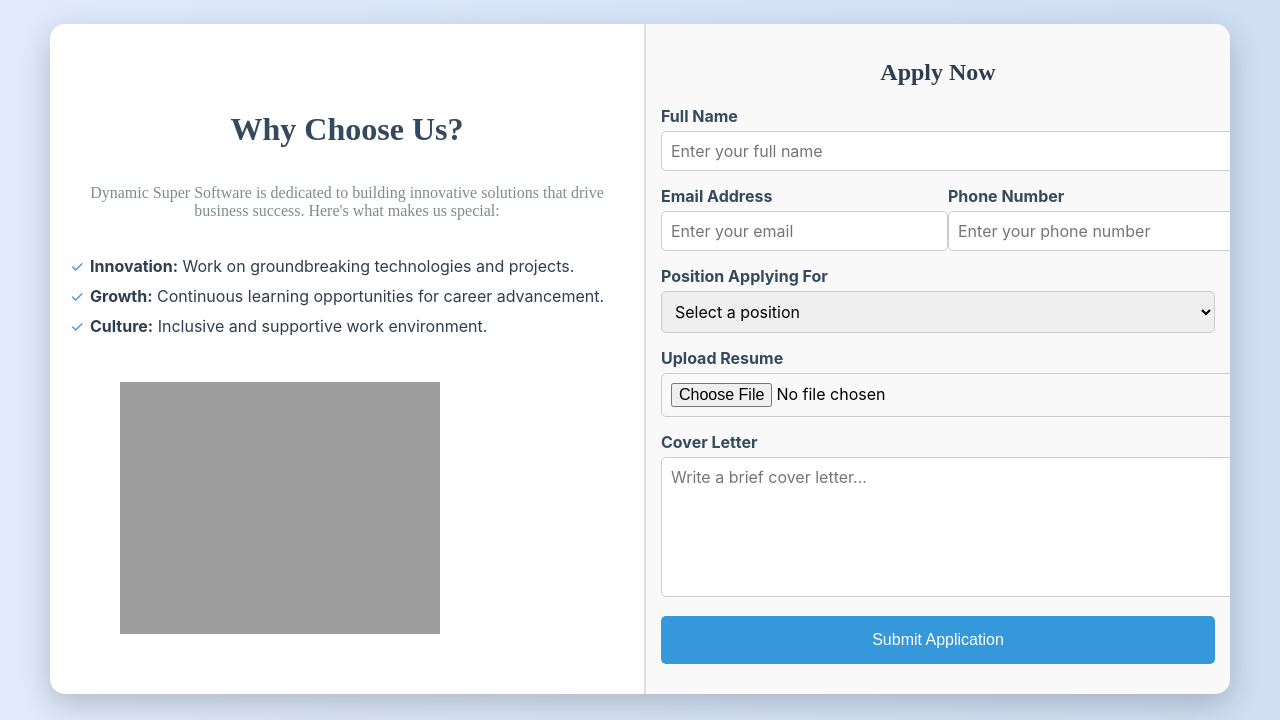
Repository: abhibkop27/CIMDR
Page: src/interview_form.html
An editor plug-in stored every save of this project. The page is shown before and after the next save, followed by the edit.
The browser window is 1280 px wide. The pictures show the whole page.
Pictures or frames that could not be fetched are drawn as grey boxes.

Above is the page before, as saved 2025-01-20 15:45:53.

### src/interview_form.html

   <!DOCTYPE html>
   <html lang="en">
   <head>
    <meta charset="UTF-8">
    <meta name="viewport" content="width=device-width, initial-scale=1.0">
    <link rel="stylesheet" href="./interview.css">
    <title>Document</title>
   </head>
   <body>
      <!-- carrer -->

      <div class="container" id="Career">
        <div class="carrer-card">
          <div class="career-page">

            <div class="info-section">
                <h2>Why Choose Us?</h2>
                <p>Dynamic Super Software is dedicated to building innovative solutions that drive business success. Here's what makes us special:</p>
                <ul>
                    <li><strong>Innovation:</strong> Work on groundbreaking technologies and projects.</li>
                    <li><strong>Growth:</strong> Continuous learning opportunities for career advancement.</li>
                    <li><strong>Culture:</strong> Inclusive and supportive work environment.</li>
                </ul>
                <img src="../assets/img/robot.gif" alt="">
            </div>



            <div class="form-section">
              <h2>Apply Now</h2>
              <form action="https://api.web3forms.com/submit"  method="POST">


                  <input type="hidden" name="apikey" value="f366a208-4a55-41c9-8898-09ee06530176">

                  <div class="form-group">
                      <label for="name">Full Name</label>
                      <input type="text" id="name" name="name" placeholder="Enter your full name" required>


                  </div>

                  <div class="form-group row-fields">
                    <div class="half-width">
                        <label for="email">Email Address</label>
                        <input type="email" id="email" name="email" placeholder="Enter your email" required>
                    </div>
                    <div class="half-width">
                        <label for="phone">Phone Number</label>
                        <input type="tel" id="phone" name="phone" placeholder="Enter your phone number" required>
                    </div>
                </div>

                  <div class="form-group">
                      <label for="position">Position Applying For</label>
                      <select id="position" name="position" required>
                          <option value="">Select a position</option>
                          <option value="software-developer">Software Developer</option>
                          <option value="ui-ux-designer">UI/UX Designer</option>
                          <option value="project-manager">Project Manager</option>
                          <option value="qa-engineer">QA Engineer</option>
                      </select>
                  </div>

                  <div class="form-group">
                      <label for="resume">Upload Resume</label>
                      <input type="file" id="resume" name="resume" required>
                  </div>

                  <div class="form-group">
                      <label for="message">Cover Letter</label>
                      <textarea id="message" name="message" placeholder="Write a brief cover letter..." required></textarea>
                  </div>

                  <div class="form-group">
                      <button type="submit">Submit Application</button>
                  </div>
              </form>


          </div>
        </div>
        </div>
      </div>

   </body>
   </html>

### src/interview.css

/* carrer */

body{
    background: linear-gradient(to right, #E0EAFC, #CFDEF3);
}

.container{

    height: calc(100vh - 18px);
    margin: 0px;
    display: flex;
    justify-content: center;
    align-items: center;

}

.carrer-card{

    width: calc(100vw - 0px);
    /* padding-top: 30px; */
    display: flex;
    justify-content: center;
    align-items: center;
    flex-direction: column;

    /* margin-top: 20px; */


}

.career-page {
    background: #ffffff;
    width: calc(100vw - 100px);
    /* max-width: 1100px; */
    border-radius: 15px;
    overflow: hidden;
    box-shadow: 0 10px 30px rgba(0, 0, 0, 0.2);
    display: flex;
    flex-direction: row;
    /* min-height: 80vh; */
}

.info-section {
    flex: 1;
    padding: 20px;

    border-right: 2px solid #e0e0e0;
    display: flex;
    flex-direction: column;
    justify-content: center;
}

.info-section h2 {
    font-size: 2rem;
    margin-bottom: 20px;
    color: #34495e;
    text-align: center;
    font-family: 'Poppins';
}

.info-section p {
    font-size: 1rem;
    margin-bottom: 20px;
    color: #7f8c8d;
    text-align: center;
    font-family: 'Exo'
}

.info-section ul {
    list-style: none;
    padding: 0;
    display: flex;
    flex-direction: column;
    gap: 10px;
}

.info-section ul li {
    font-size: 1rem;
    color: #2c3e50;
    padding-left: 20px;
    position: relative;
    font-family: 'Inter';
}

.info-section ul li:before {
    content: "\2713";
    position: absolute;
    left: 0;
    color: #3498db;
    font-size: 1rem;
}

.info-section img{

    margin-left: 50px;
    margin-top: 30px;
    width: 25vw;
    height: 35vh;
}

.form-section {
    flex: 1;
    padding: 15px;
    display: flex;
    flex-direction: column;
    justify-content: center;
    background: #f9f9f9;
}

.form-section h2 {
    font-size: 1.5rem;

    color: #2c3e50;
    text-align: center;
    font-family: 'Poppins';
}

.form-group {
    margin-bottom: 15px;
}

.form-group label {
    font-weight: bold;
    display: block;
    margin-bottom: 5px;
    color: #34495e;
    font-family: 'Inter';
}

.form-group input,
.form-group select,
.form-group textarea {
    width: 100%;
    padding: 9px;
    font-size: 1rem;
    border: 1px solid #ccc;
    border-radius: 5px;
    font-family: 'Inter';
}

.form-group textarea {
    resize: none;
    height: 120px;
}

.form-group button {
    width: 100%;
    background: #3498db;
    color: white;
    border: none;
    padding: 15px;
    font-size: 1rem;
    border-radius: 5px;
    cursor: pointer;
    transition: background 0.3s, transform 0.3s; /* Added transform for smooth scaling */
}

.form-group button:hover {
    background: #2980b9; /* Slightly darker shade for hover effect */
    transform: scale(1.05); /* Button enlarges slightly when hovered */
}

.row-fields {
    display: flex;
    gap: 20px; /* Adjust gap between fields */
}

.row-fields .half-width {
    flex: 1; /* Ensure both fields take equal width */
}

.row-fields .half-width label {
    font-weight: bold;
    display: block;
    margin-bottom: 5px;
    color: #34495e;
    font-family: 'Inter';
}

.row-fields .half-width input {
    width: 100%;
    padding: 9px;
    font-size: 1rem;
    border: 1px solid #ccc;
    border-radius: 5px;
    font-family: 'Inter';
}

After the next save:
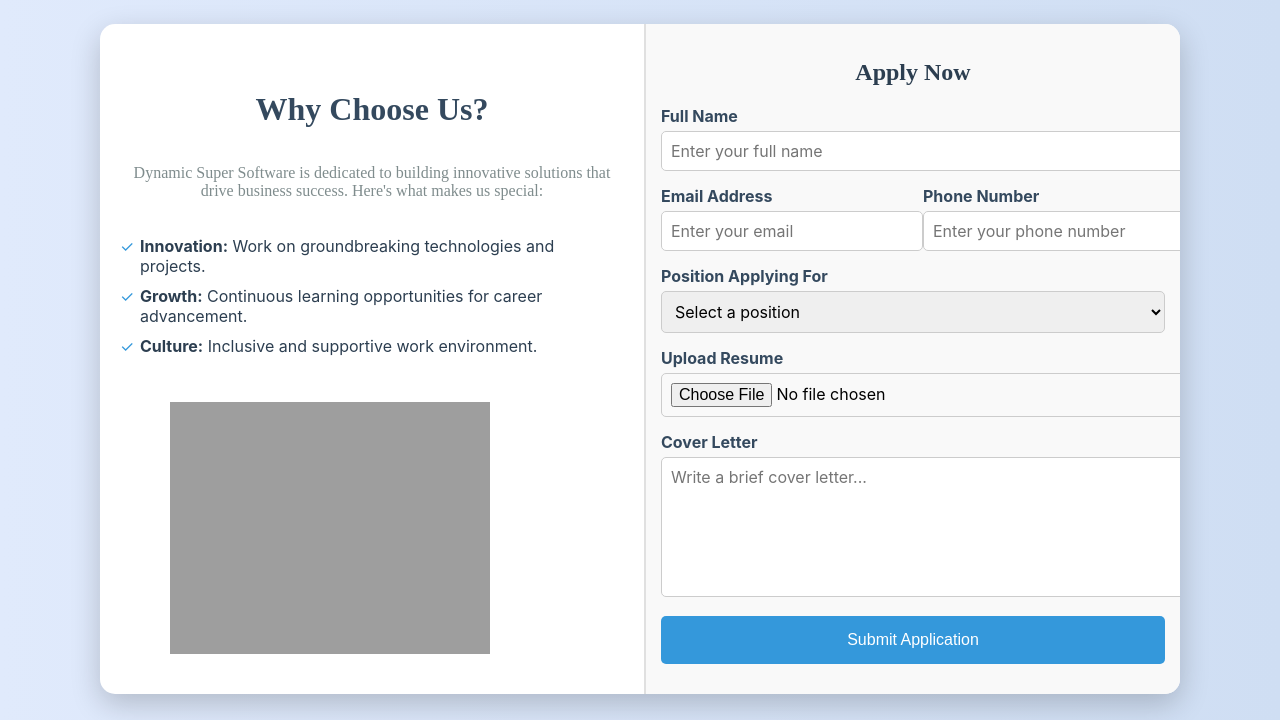
Saved 14 s later.
--- a/src/interview.css
+++ b/src/interview.css
@@ -31,7 +31,7 @@
 
 .career-page {
     background: #ffffff;
-    width: calc(100vw - 100px);
+    width: calc(100vw - 200px);
     /* max-width: 1100px; */
     border-radius: 15px;
     overflow: hidden;
